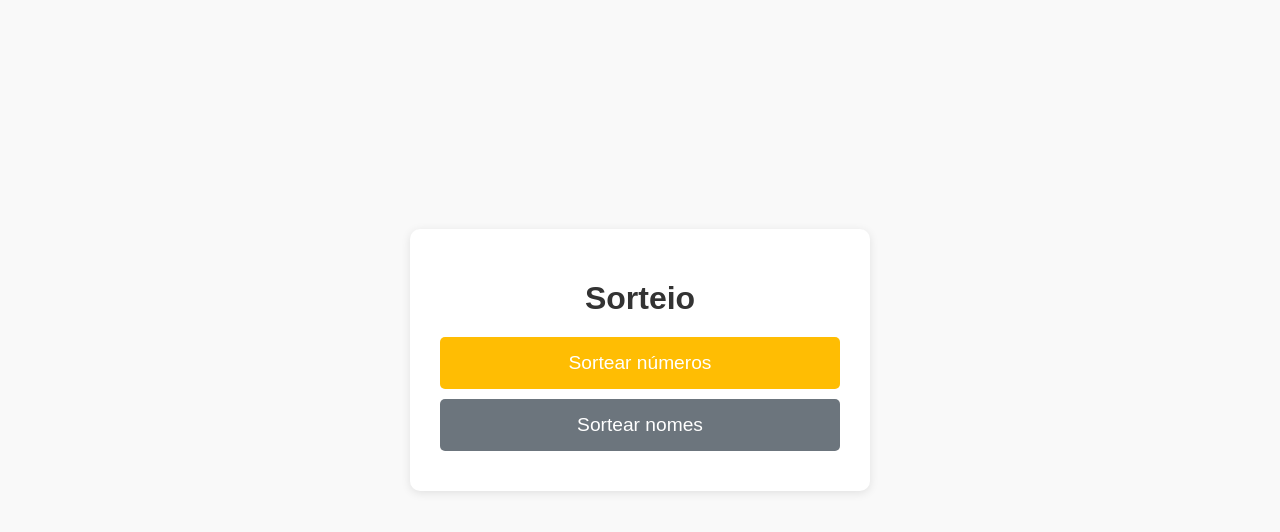
Repository: Matheus904-12/sorte
Page: index.html
The author's editor kept a copy of each file at every save. The page is drawn from the files as they stood at one save, then again after a run of saves.
The browser window is 1280 px wide. The pictures show the whole page.
The pointer rests on the first visible `.options a`.

Above is the page before, as saved 2023-09-10 19:19:56.

### index.html
<!DOCTYPE html>
<html lang="pt-br">
<head>
  <meta charset="UTF-8">
  <title>Sorteio</title>
  <link rel="stylesheet" href="style.css">
<script> src="main.js" </script>
</head>
<body>
  <div class="container">
    <h1>Sorteio</h1>
    <div class="options">
      <a href="sorteio-numeros.html" class="option">Sortear números</a>
      <a href="sorteio-nomes.html" class="option">Sortear nomes</a>
    </div>
  </div>
</body>
</html>

### style.css
body {
  font-family: 'Arial', sans-serif;
  background-color: #f9f9f9;
  margin: 0;
  display: flex;
  justify-content: center;
  align-items: center;
  height: 100vh;
}

.container {
  background-color: #fff;
  border-radius: 10px;
  box-shadow: 0 2px 10px rgba(0, 0, 0, 0.1);
  padding: 30px;
  max-width: 400px;
  width: 100%;
  text-align: center;
}

h1 {
  font-size: 2em;
  margin-bottom: 20px;
  color: #333;
}

.options a {
  display: block;
  text-decoration: none;
  margin: 10px 0;
  padding: 15px 0;
  border-radius: 5px;
  background-color: #ffbd03;
  color: #fff;
  font-size: 1.2em;
  transition: background-color 0.3s;
}

.options a:hover {
  background-color: #b;
}

.options a:last-child {
  background-color: #6c757d;
}

.options a:last-child:hover {
  background-color: #545b62;
}

a.btn-secondary {
  color: #fff;
  border: none;
  background-color: #6c757d;
  border-radius: 5px;
  text-decoration: none;
  font-size: 1.2em;
  padding: 10px 20px;
  transition: background-color 0.3s;
}

a.btn-secondary:hover {
  background-color: #545b62;
}

After the next 2 saves:
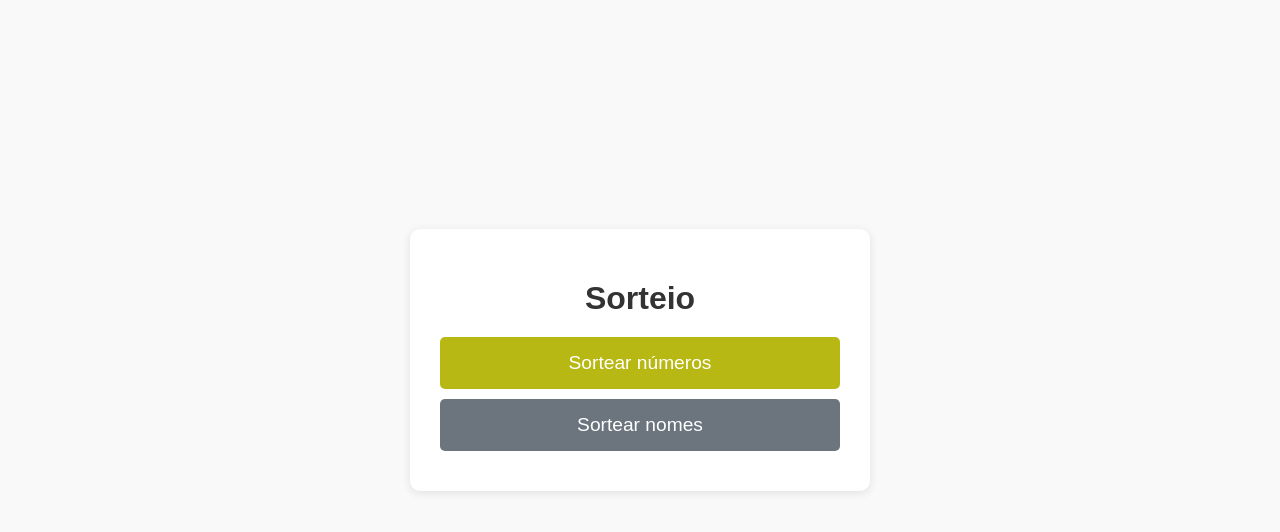
The 2 saves are shown as one change because they came seconds apart.
The last was saved 7 s later.
--- a/style.css
+++ b/style.css
@@ -37,7 +37,7 @@ h1 {
 }
 
 .options a:hover {
-  background-color: #b;
+  background-color: #b8b814;
 }
 
 .options a:last-child {
